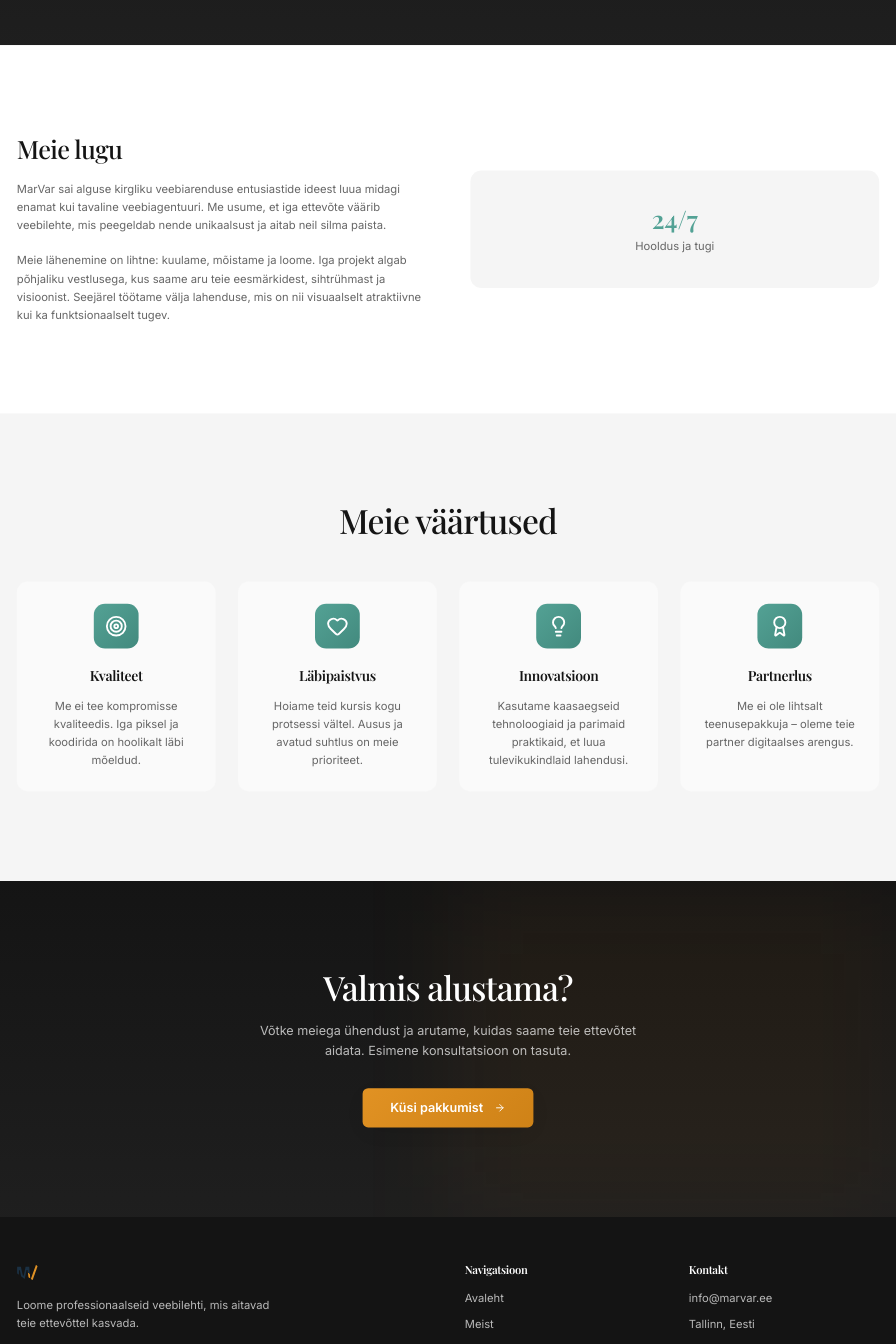
Repository: marvar-tarkvara/MARVAR-LEHT
Page: /meist
An editor plug-in stored every save of this project. The page is shown before and after the next save, followed by the edit.
The browser window is 1280 px wide. The pictures show the part of the page from y = 571 to 2491 px (the page is 2727 px tall before and 2625 px after), at 70% of full size.
Some web fonts or font styles are not loaded; a fallback is used. The project was rebuilt for these pictures with package versions that can differ from the ones it lists, and the page was loaded fresh each time. The framework's server and built-in components were replaced by stand-ins that run in the browser. Also part of the build but not shown: next.config.ts, components/ui/tooltip.tsx.

Above is the page before, as saved 2026-01-18 19:18:27.

### app/layout.tsx
import type { Metadata } from "next";
import { Inter, Playfair_Display } from "next/font/google";
import { LanguageProvider } from "@/contexts/LanguageContext";
import { Toaster } from "@/components/ui/toaster";
import { TooltipProvider } from "@/components/ui/tooltip";
import "./globals.css";

const inter = Inter({
  subsets: ["latin"],
  variable: "--font-inter",
});

const playfair = Playfair_Display({
  subsets: ["latin"],
  variable: "--font-playfair",
});

export const metadata: Metadata = {
  title: "MarVar - Veebilehtede loomine",
  description: "Professionaalsed ja konversioonile suunatud veebilehed, mis aitavad teie ettevõttel kasvada. Minimalistlik disain, maksimaalne mõju.",
  icons: {
    icon: "/marvar.svg",
    apple: "/marvar.svg",
  },
};

export default function RootLayout({
  children,
}: Readonly<{
  children: React.ReactNode;
}>) {
  return (
    <html lang="et" suppressHydrationWarning>
      <body className={`${inter.variable} ${playfair.variable} antialiased`}>
        <LanguageProvider>
          <TooltipProvider>
            {children}
            <Toaster />
          </TooltipProvider>
        </LanguageProvider>
      </body>
    </html>
  );
}

### app/meist/page.tsx
import Layout from "@/components/layout/Layout";
import AboutContent from "@/components/pages/AboutContent";

export const metadata = {
  title: "Meist - MarVariks",
  description: "Oleme väike, kuid pühendunud meeskond, kes usub, et hea veebileht on rohkem kui lihtsalt ilus disain.",
};

export default function AboutPage() {
  return (
    <Layout>
      <AboutContent />
    </Layout>
  );
}

### components/ui/toaster.tsx
"use client";

import { useToast } from "@/hooks/use-toast";
import { Toast, ToastClose, ToastDescription, ToastProvider, ToastTitle, ToastViewport } from "@/components/ui/toast";

export function Toaster() {
  const { toasts } = useToast();

  return (
    <ToastProvider>
      {toasts.map(function ({ id, title, description, action, ...props }) {
        return (
          <Toast key={id} {...props}>
            <div className="grid gap-1">
              {title && <ToastTitle>{title}</ToastTitle>}
              {description && <ToastDescription>{description}</ToastDescription>}
            </div>
            {action}
            <ToastClose />
          </Toast>
        );
      })}
      <ToastViewport />
    </ToastProvider>
  );
}

### app/globals.css
@tailwind base;
@tailwind components;
@tailwind utilities;

@layer base {
  :root {
    --background: 0 0% 100%;
    --foreground: 0 0% 8%;

    --card: 0 0% 98%;
    --card-foreground: 0 0% 8%;

    --popover: 0 0% 100%;
    --popover-foreground: 0 0% 8%;

    --primary: 0 0% 8%;
    --primary-foreground: 0 0% 100%;

    --secondary: 0 0% 96%;
    --secondary-foreground: 0 0% 8%;

    --muted: 0 0% 94%;
    --muted-foreground: 0 0% 40%;

    --accent: 35 76% 51%;
    --accent-foreground: 0 0% 100%;

    --teal: 170 32% 48%;
    --teal-foreground: 0 0% 100%;

    --destructive: 0 84% 60%;
    --destructive-foreground: 0 0% 100%;

    --border: 0 0% 90%;
    --input: 0 0% 90%;
    --ring: 35 76% 51%;

    --radius: 0.5rem;

    --gradient-accent: linear-gradient(135deg, hsl(35, 76%, 51%) 0%, hsl(35, 80%, 45%) 100%);
    --gradient-teal: linear-gradient(135deg, hsl(170, 32%, 48%) 0%, hsl(170, 35%, 40%) 100%);
    --gradient-dark: linear-gradient(180deg, hsl(0, 0%, 8%) 0%, hsl(0, 0%, 12%) 100%);

    --shadow-soft: 0 4px 24px -4px hsl(0 0% 0% / 0.08);
    --shadow-card: 0 8px 32px -8px hsl(0 0% 0% / 0.12);
    --shadow-elevated: 0 16px 48px -12px hsl(0 0% 0% / 0.16);
  }

  .dark {
    --background: 0 0% 6%;
    --foreground: 0 0% 96%;

    --card: 0 0% 10%;
    --card-foreground: 0 0% 96%;

    --popover: 0 0% 8%;
    --popover-foreground: 0 0% 96%;

    --primary: 0 0% 96%;
    --primary-foreground: 0 0% 6%;

    --secondary: 0 0% 14%;
    --secondary-foreground: 0 0% 96%;

    --muted: 0 0% 16%;
    --muted-foreground: 0 0% 60%;

    --accent: 35 76% 51%;
    --accent-foreground: 0 0% 100%;

    --teal: 170 32% 48%;
    --teal-foreground: 0 0% 100%;

    --destructive: 0 62% 50%;
    --destructive-foreground: 0 0% 100%;

    --border: 0 0% 18%;
    --input: 0 0% 18%;
    --ring: 35 76% 51%;

    --shadow-soft: 0 4px 24px -4px hsl(0 0% 0% / 0.4);
    --shadow-card: 0 8px 32px -8px hsl(0 0% 0% / 0.5);
    --shadow-elevated: 0 16px 48px -12px hsl(0 0% 0% / 0.6);
  }
}

@layer base {
  * {
    @apply border-border;
  }

  html {
    scroll-behavior: smooth;
  }

  body {
    @apply bg-background text-foreground font-sans antialiased;
  }

  h1, h2, h3, h4, h5, h6 {
    @apply font-display font-medium tracking-tight;
  }
}

@layer utilities {
  .text-gradient-accent {
    @apply bg-clip-text text-transparent;
    background-image: var(--gradient-accent);
  }

  .text-gradient-teal {
    @apply bg-clip-text text-transparent;
    background-image: var(--gradient-teal);
  }

  .bg-gradient-accent {
    background: var(--gradient-accent);
  }

  .bg-gradient-teal {
    background: var(--gradient-teal);
  }

  .bg-gradient-dark {
    background: var(--gradient-dark);
  }

  .shadow-soft {
    box-shadow: var(--shadow-soft);
  }

  .shadow-card {
    box-shadow: var(--shadow-card);
  }

  .shadow-elevated {
    box-shadow: var(--shadow-elevated);
  }
}

### components/layout/Layout.tsx
import { ReactNode } from "react";
import Header from "./Header";
import Footer from "./Footer";

interface LayoutProps {
  children: ReactNode;
}

const Layout = ({ children }: LayoutProps) => {
  return (
    <div className="min-h-screen flex flex-col">
      <Header />
      <main className="flex-1 pt-20">{children}</main>
      <Footer />
    </div>
  );
};

export default Layout;

### components/pages/AboutContent.tsx
"use client";

import { motion } from "framer-motion";
import { Target, Heart, Award, Lightbulb } from "lucide-react";
import CTA from "@/components/sections/CTA";
import { useLanguage } from "@/contexts/LanguageContext";

const AboutContent = () => {
  const { t } = useLanguage();

  const values = [
    {
      icon: Target,
      title: t("about.values.quality.title"),
      description: t("about.values.quality.description"),
    },
    {
      icon: Heart,
      title: t("about.values.transparency.title"),
      description: t("about.values.transparency.description"),
    },
    {
      icon: Lightbulb,
      title: t("about.values.innovation.title"),
      description: t("about.values.innovation.description"),
    },
    {
      icon: Award,
      title: t("about.values.partnership.title"),
      description: t("about.values.partnership.description"),
    },
  ];

  return (
    <>
      {/* Hero Section */}
      <section className="py-24 md:py-32 bg-gradient-dark">
        <div className="container mx-auto px-6">
          <motion.h1
            initial={{ opacity: 0, y: 30 }}
            animate={{ opacity: 1, y: 0 }}
            transition={{ duration: 0.8 }}
            className="max-w-3xl text-4xl md:text-5xl lg:text-6xl font-display font-medium text-primary-foreground leading-tight"
          >
            {t("about.subtitle")}
          </motion.h1>
        </div>
      </section>

      {/* Story Section */}
      <section className="py-24 md:py-32 bg-background">
        <div className="container mx-auto px-6">
          <div className="grid grid-cols-1 lg:grid-cols-2 gap-16 items-center">
            <motion.div
              initial={{ opacity: 0, x: -30 }}
              whileInView={{ opacity: 1, x: 0 }}
              viewport={{ once: true }}
              transition={{ duration: 0.6 }}
            >
              <h2 className="text-3xl md:text-4xl font-display font-medium mb-6">
                {t("about.story.title")}
              </h2>
              <div className="space-y-6 text-muted-foreground leading-relaxed">
                <p>{t("about.story.p1")}</p>
                <p>{t("about.story.p2")}</p>
              </div>
            </motion.div>

            <motion.div
              initial={{ opacity: 0, x: 30 }}
              whileInView={{ opacity: 1, x: 0 }}
              viewport={{ once: true }}
              transition={{ duration: 0.6, delay: 0.2 }}
              className="bg-secondary rounded-2xl p-8 md:p-12"
            >
              <div className="text-center">
                <div className="text-4xl font-display font-semibold text-teal">24/7</div>
                <p className="mt-2 text-muted-foreground">{t("services.maintenance.title")}</p>
              </div>
            </motion.div>
          </div>
        </div>
      </section>

      {/* Values Section */}
      <section className="py-24 md:py-32 bg-secondary">
        <div className="container mx-auto px-6">
          <motion.div
            initial={{ opacity: 0, y: 20 }}
            whileInView={{ opacity: 1, y: 0 }}
            viewport={{ once: true }}
            transition={{ duration: 0.6 }}
            className="text-center mb-16"
          >
            <h2 className="text-3xl md:text-4xl lg:text-5xl font-display font-medium">
              {t("about.values.title")}
            </h2>
          </motion.div>

          <div className="grid grid-cols-1 md:grid-cols-2 lg:grid-cols-4 gap-8">
            {values.map((value, index) => (
              <motion.div
                key={value.title}
                initial={{ opacity: 0, y: 30 }}
                whileInView={{ opacity: 1, y: 0 }}
                viewport={{ once: true }}
                transition={{ duration: 0.6, delay: index * 0.1 }}
                className="bg-card rounded-2xl p-8 text-center"
              >
                <div className="w-16 h-16 rounded-2xl bg-gradient-teal flex items-center justify-center mx-auto mb-6">
                  <value.icon className="w-8 h-8 text-teal-foreground" />
                </div>
                <h3 className="text-xl font-semibold mb-4">{value.title}</h3>
                <p className="text-muted-foreground leading-relaxed">{value.description}</p>
              </motion.div>
            ))}
          </div>
        </div>
      </section>

      <CTA />
    </>
  );
};

export default AboutContent;

### components/layout/Footer.tsx
"use client";

import Link from "next/link";
import Image from "next/image";
import { useLanguage } from "@/contexts/LanguageContext";

const Footer = () => {
  const { t } = useLanguage();

  return (
    <footer className="bg-primary text-primary-foreground py-16">
      <div className="container mx-auto px-6">
        <div className="grid grid-cols-1 md:grid-cols-4 gap-12">
          {/* Brand */}
          <div className="md:col-span-2">
            <Link href="/">
              <Image src="/marvar.svg" alt="MarVar logo" width={32} height={32} className="h-8 w-8" />
            </Link>
            <p className="mt-4 text-primary-foreground/70 max-w-sm leading-relaxed">
              {t("footer.description")}
            </p>
          </div>

          {/* Navigation */}
          <div>
            <h4 className="font-semibold mb-4">{t("footer.navigation")}</h4>
            <nav className="flex flex-col gap-3">
              <Link href="/" className="text-primary-foreground/70 hover:text-accent transition-colors">
                {t("nav.home")}
              </Link>
              <Link href="/meist" className="text-primary-foreground/70 hover:text-accent transition-colors">
                {t("nav.about")}
              </Link>
              <Link href="/portfolio" className="text-primary-foreground/70 hover:text-accent transition-colors">
                {t("nav.portfolio")}
              </Link>
              <Link href="/kontakt" className="text-primary-foreground/70 hover:text-accent transition-colors">
                {t("nav.contact")}
              </Link>
            </nav>
          </div>

          {/* Contact */}
          <div>
            <h4 className="font-semibold mb-4">{t("footer.contact")}</h4>
            <div className="flex flex-col gap-3 text-primary-foreground/70">
              <a href="mailto:info@marvar.ee" className="hover:text-accent transition-colors">
                info@marvar.ee
              </a>
              <p>Tallinn, Eesti</p>
            </div>
          </div>
        </div>

        <div className="mt-16 pt-8 border-t border-primary-foreground/10 flex flex-col md:flex-row justify-between items-center gap-4">
          <p className="text-sm text-primary-foreground/50">
            © {new Date().getFullYear()} MarVar. {t("footer.rights")}
          </p>
        </div>
      </div>
    </footer>
  );
};

export default Footer;

### components/sections/CTA.tsx
"use client";

import { motion } from "framer-motion";
import Link from "next/link";
import { ArrowRight } from "lucide-react";
import { Button } from "@/components/ui/button";
import { useLanguage } from "@/contexts/LanguageContext";

const CTA = () => {
  const { t } = useLanguage();

  return (
    <section className="py-24 md:py-32 bg-gradient-dark relative overflow-hidden">
      {/* Background Accent */}
      <div className="absolute top-0 right-0 w-1/2 h-full bg-accent/5 blur-3xl" />

      <div className="container mx-auto px-6 relative z-10">
        <motion.div
          initial={{ opacity: 0, y: 30 }}
          whileInView={{ opacity: 1, y: 0 }}
          viewport={{ once: true }}
          transition={{ duration: 0.6 }}
          className="max-w-3xl mx-auto text-center"
        >
          <h2 className="text-3xl md:text-4xl lg:text-5xl font-display font-medium text-primary-foreground leading-tight">
            {t("cta.title")}
          </h2>
          <p className="mt-6 text-lg text-primary-foreground/70 max-w-xl mx-auto">
            {t("cta.description")}
          </p>
          <motion.div
            initial={{ opacity: 0, y: 20 }}
            whileInView={{ opacity: 1, y: 0 }}
            viewport={{ once: true }}
            transition={{ duration: 0.6, delay: 0.2 }}
            className="mt-10"
          >
            <Button variant="hero" size="xl" asChild>
              <Link href="/kontakt">
                {t("cta.button")}
                <ArrowRight className="w-5 h-5 ml-2" />
              </Link>
            </Button>
          </motion.div>
        </motion.div>
      </div>
    </section>
  );
};

export default CTA;

### components/ui/button.tsx
import * as React from "react";
import { Slot } from "@radix-ui/react-slot";
import { cva, type VariantProps } from "class-variance-authority";

import { cn } from "@/lib/utils";

const buttonVariants = cva(
  "inline-flex items-center justify-center gap-2 whitespace-nowrap rounded-md text-sm font-medium ring-offset-background transition-all duration-300 focus-visible:outline-none focus-visible:ring-2 focus-visible:ring-ring focus-visible:ring-offset-2 disabled:pointer-events-none disabled:opacity-50 [&_svg]:pointer-events-none [&_svg]:size-4 [&_svg]:shrink-0",
  {
    variants: {
      variant: {
        default: "bg-primary text-primary-foreground hover:bg-primary/90",
        destructive: "bg-destructive text-destructive-foreground hover:bg-destructive/90",
        outline: "border border-input bg-background hover:bg-accent hover:text-accent-foreground",
        secondary: "bg-secondary text-secondary-foreground hover:bg-secondary/80",
        ghost: "hover:bg-accent hover:text-accent-foreground",
        link: "text-primary underline-offset-4 hover:underline",
        accent: "bg-gradient-accent text-accent-foreground hover:opacity-90 shadow-soft hover:shadow-card",
        teal: "bg-gradient-teal text-teal-foreground hover:opacity-90 shadow-soft hover:shadow-card",
        hero: "bg-gradient-accent text-accent-foreground text-base font-semibold px-8 py-6 rounded-lg shadow-card hover:shadow-elevated hover:scale-[1.02] active:scale-[0.98]",
        heroOutline: "border-2 border-accent text-accent hover:bg-accent hover:text-accent-foreground text-base font-semibold px-8 py-6 rounded-lg",
      },
      size: {
        default: "h-10 px-4 py-2",
        sm: "h-9 rounded-md px-3",
        lg: "h-12 rounded-md px-8 text-base",
        xl: "h-14 rounded-lg px-10 text-lg",
        icon: "h-10 w-10",
      },
    },
    defaultVariants: {
      variant: "default",
      size: "default",
    },
  },
);

export interface ButtonProps
  extends React.ButtonHTMLAttributes<HTMLButtonElement>,
    VariantProps<typeof buttonVariants> {
  asChild?: boolean;
}

const Button = React.forwardRef<HTMLButtonElement, ButtonProps>(
  ({ className, variant, size, asChild = false, ...props }, ref) => {
    const Comp = asChild ? Slot : "button";
    return <Comp className={cn(buttonVariants({ variant, size, className }))} ref={ref} {...props} />;
  },
);
Button.displayName = "Button";

export { Button, buttonVariants };

### tailwind.config.ts
import type { Config } from "tailwindcss";

export default {
  darkMode: ["class"],
  content: [
    "./app/**/*.{ts,tsx}",
    "./components/**/*.{ts,tsx}",
    "./lib/**/*.{ts,tsx}",
  ],
  theme: {
    container: {
      center: true,
      padding: "2rem",
      screens: {
        "2xl": "1400px",
      },
    },
    extend: {
      fontFamily: {
        sans: ["var(--font-inter)", "system-ui", "sans-serif"],
        display: ["var(--font-playfair)", "Georgia", "serif"],
      },
      colors: {
        border: "hsl(var(--border))",
        input: "hsl(var(--input))",
        ring: "hsl(var(--ring))",
        background: "hsl(var(--background))",
        foreground: "hsl(var(--foreground))",
        primary: {
          DEFAULT: "hsl(var(--primary))",
          foreground: "hsl(var(--primary-foreground))",
        },
        secondary: {
          DEFAULT: "hsl(var(--secondary))",
          foreground: "hsl(var(--secondary-foreground))",
        },
        destructive: {
          DEFAULT: "hsl(var(--destructive))",
          foreground: "hsl(var(--destructive-foreground))",
        },
        muted: {
          DEFAULT: "hsl(var(--muted))",
          foreground: "hsl(var(--muted-foreground))",
        },
        accent: {
          DEFAULT: "hsl(var(--accent))",
          foreground: "hsl(var(--accent-foreground))",
        },
        teal: {
          DEFAULT: "hsl(var(--teal))",
          foreground: "hsl(var(--teal-foreground))",
        },
        popover: {
          DEFAULT: "hsl(var(--popover))",
          foreground: "hsl(var(--popover-foreground))",
        },
        card: {
          DEFAULT: "hsl(var(--card))",
          foreground: "hsl(var(--card-foreground))",
        },
      },
      borderRadius: {
        lg: "var(--radius)",
        md: "calc(var(--radius) - 2px)",
        sm: "calc(var(--radius) - 4px)",
      },
      keyframes: {
        "accordion-down": {
          from: { height: "0" },
          to: { height: "var(--radix-accordion-content-height)" },
        },
        "accordion-up": {
          from: { height: "var(--radix-accordion-content-height)" },
          to: { height: "0" },
        },
        "fade-in": {
          from: { opacity: "0", transform: "translateY(20px)" },
          to: { opacity: "1", transform: "translateY(0)" },
        },
        "fade-in-up": {
          from: { opacity: "0", transform: "translateY(40px)" },
          to: { opacity: "1", transform: "translateY(0)" },
        },
        "slide-in-right": {
          from: { opacity: "0", transform: "translateX(20px)" },
          to: { opacity: "1", transform: "translateX(0)" },
        },
      },
      animation: {
        "accordion-down": "accordion-down 0.2s ease-out",
        "accordion-up": "accordion-up 0.2s ease-out",
        "fade-in": "fade-in 0.6s ease-out forwards",
        "fade-in-up": "fade-in-up 0.8s ease-out forwards",
        "slide-in-right": "slide-in-right 0.5s ease-out forwards",
      },
    },
  },
  plugins: [require("tailwindcss-animate")],
} satisfies Config;

Loaded but not shown: lib/utils.ts (common file); contexts/LanguageContext.tsx (242 lines, source omitted); components/ui/toast.tsx (113 lines, source omitted); components/layout/Header.tsx (130 lines, source omitted); hooks/use-toast.ts (186 lines, source omitted)

After the next save:
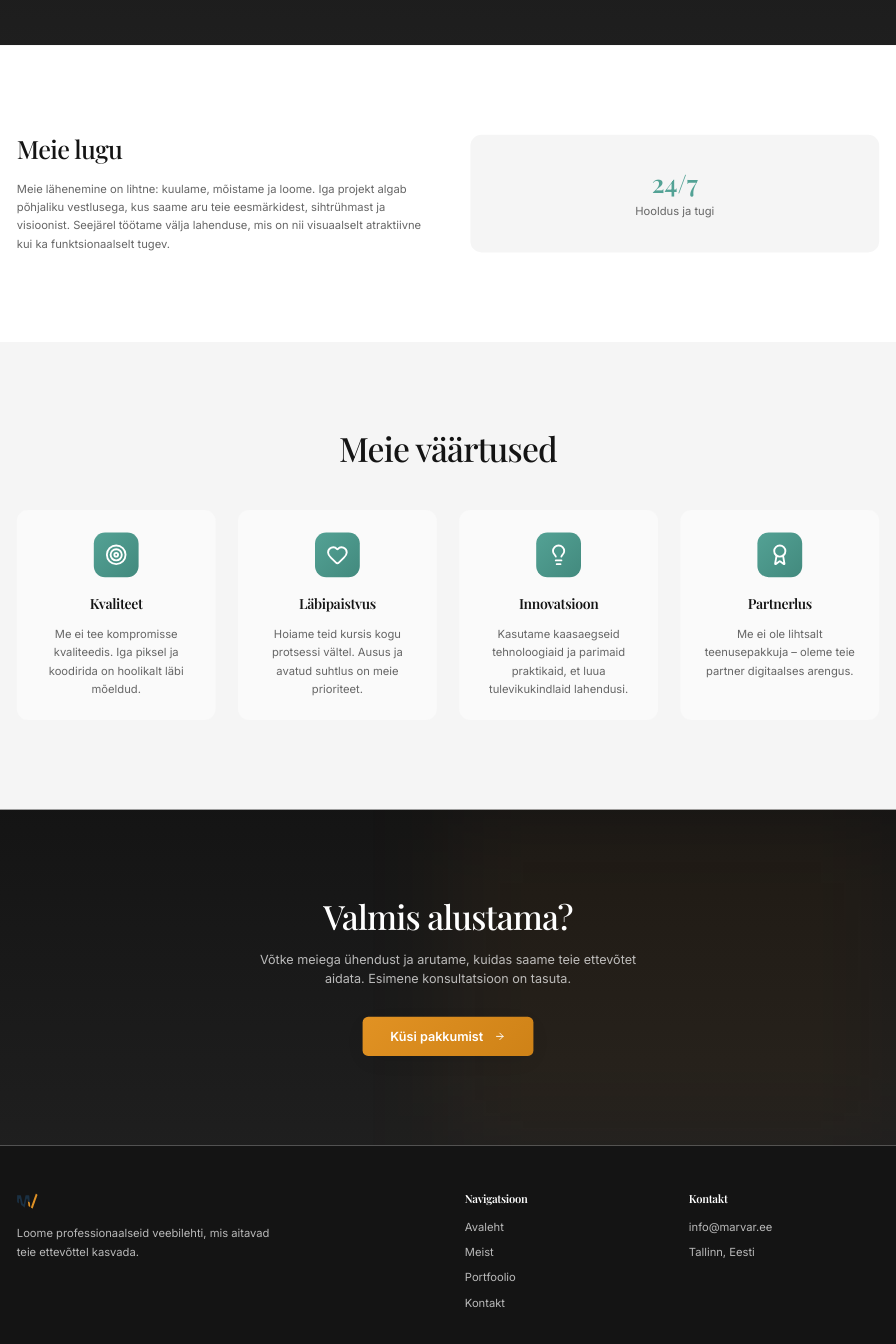
Saved 4 min 8 s later.
--- a/components/pages/AboutContent.tsx
+++ b/components/pages/AboutContent.tsx
@@ -61,7 +61,6 @@ const AboutContent = () => {
                 {t("about.story.title")}
               </h2>
               <div className="space-y-6 text-muted-foreground leading-relaxed">
-                <p>{t("about.story.p1")}</p>
                 <p>{t("about.story.p2")}</p>
               </div>
             </motion.div>
